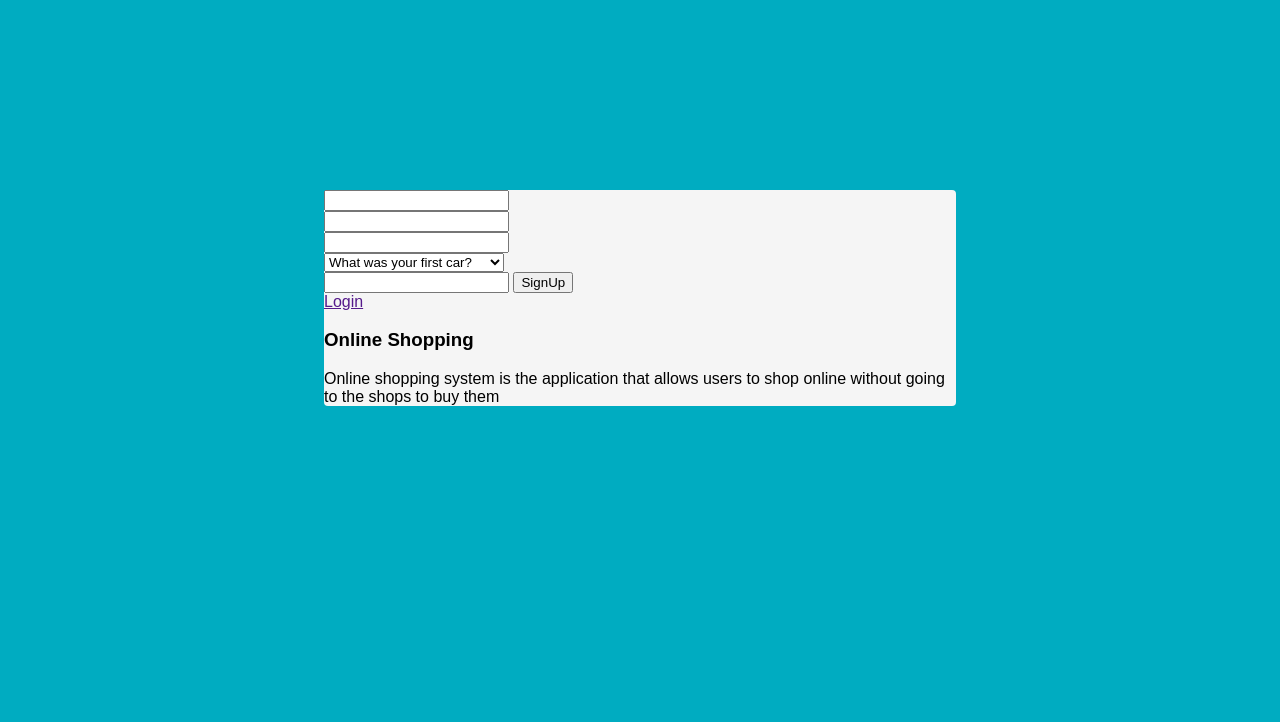
Repository: NidhiDaniel/E-Cart
Page: http://localhost/Online-Shopping-Cart/
An editor plug-in stored every save of this project. The page is shown before and after the next save, followed by the edit.
The browser window is 1280 px wide. The pictures show the whole page.
The page is served by Tomcat 9. Other server files are loaded and not shown.

Above is the page before, as saved 2024-01-03 06:24:21.

### Online-Shopping-Cart/src/main/webapp/signupform.jsp
<%@ page language="java" contentType="text/html; charset=ISO-8859-1"
	pageEncoding="ISO-8859-1"%>
<!DOCTYPE html>
<html>
<head>
<meta charset="ISO-8859-1">
<title>Add User</title>
<link rel="stylesheet" type="text/css" href="./css/sign-up.css">
</head>
<body>
	<div class="container">
		<div class="left-div">
			<form action="adduser.jsp" method="post">
				<input type="text" name="name">
				<input type="email"name="email">
				<input type="password"
					name="password">
				<select name="security_question">
					<option>What was your first car?</option>
					<option>What is your first school?</option>
					<option>What is your pet name?</option>
					<option>Who was your best friend?</option>
				</select>
				<input type="text" name="answer">

				<input type="submit" value="SignUp">
			</form>
			<a href="">Login</a>
		</div>
		<div class="right-div">
		 <h3>Online Shopping</h3>
		 <p>Online shopping system is the application that allows users to shop online without going to the shops
		 to buy them</p>
		</div>
	</div>
</body>
</html>

### Online-Shopping-Cart/src/main/webapp/css/sign-up.css
*{
	font-family: sans-serif;
}
body{
	background: #00ACC1;
}
.container{
	width: 50%;
    background: #f5f5f5;
    margin: 15% 25% 25% 25%;
    border-radius:4px;

}
.left-div{
	width:50%;
}

After the next save:
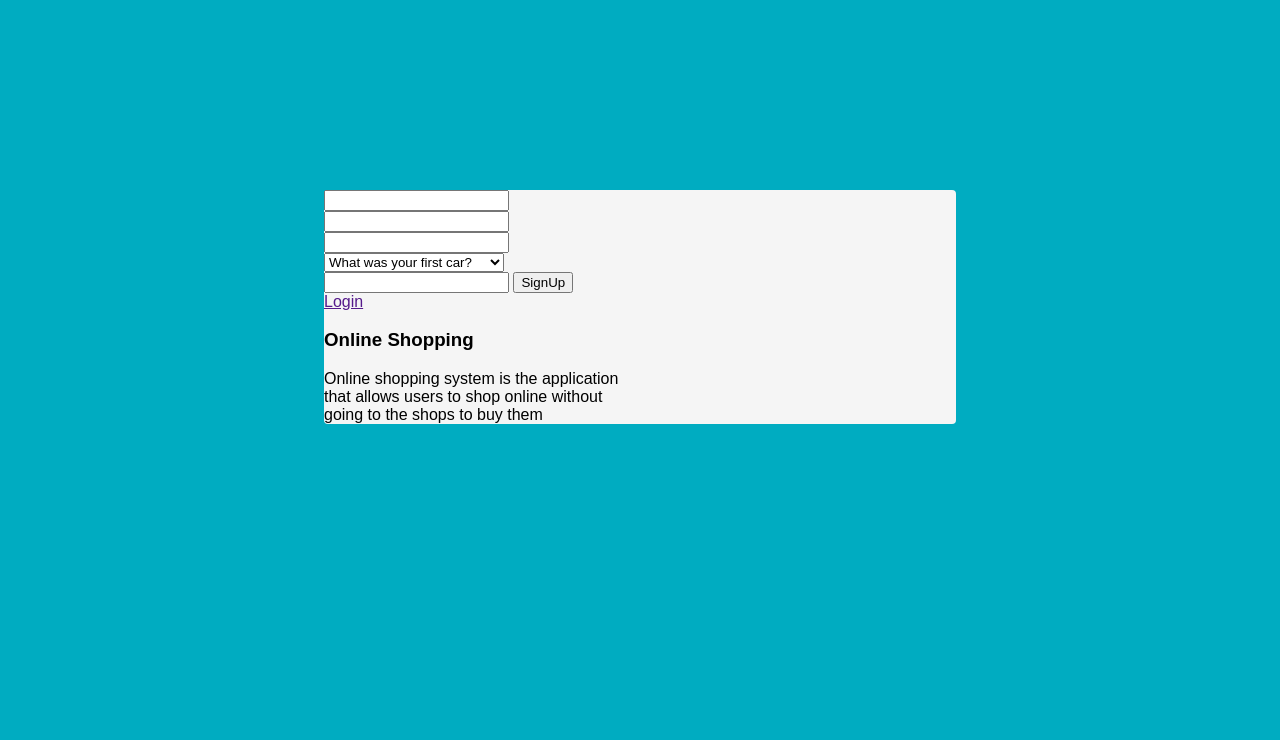
Saved 14 s later.
--- a/Online-Shopping-Cart/src/main/webapp/css/sign-up.css
+++ b/Online-Shopping-Cart/src/main/webapp/css/sign-up.css
@@ -14,3 +14,6 @@ body{
 .left-div{
 	width:50%;
 }
+.right-div{
+	width:50%;
+}
